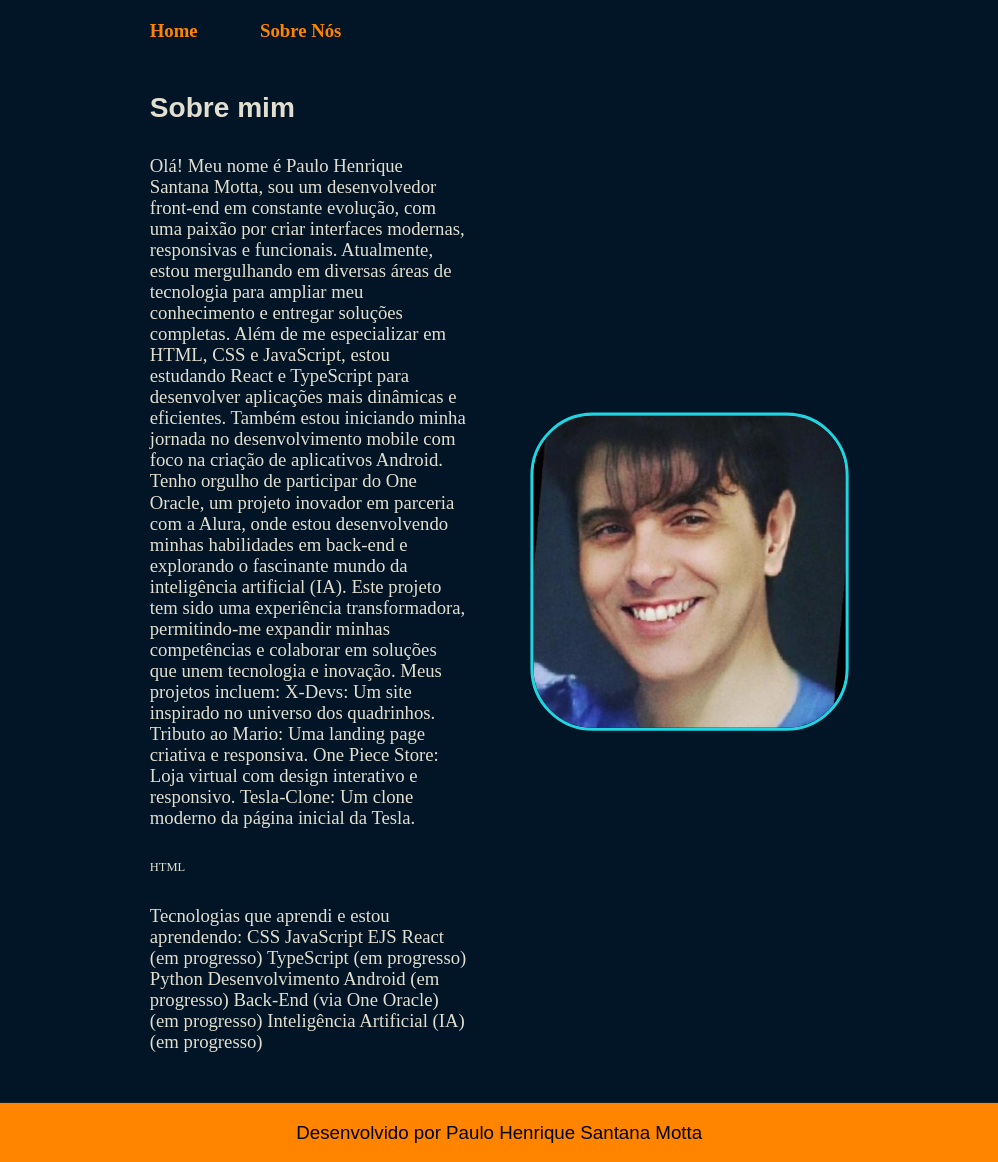
Repository: phsmottanerd/projeto-portfolio-alura
Page: about.html
These files come from the project's save history. The page is drawn as it stood at one moment and after the next save; the edit follows.
The browser window is 1280 px wide. The pictures show the whole page, at 78% of full size.
Some web fonts or font styles are not loaded; a fallback is used.

Above is the page before, as saved 2025-01-30 02:20:01.

After the next save:
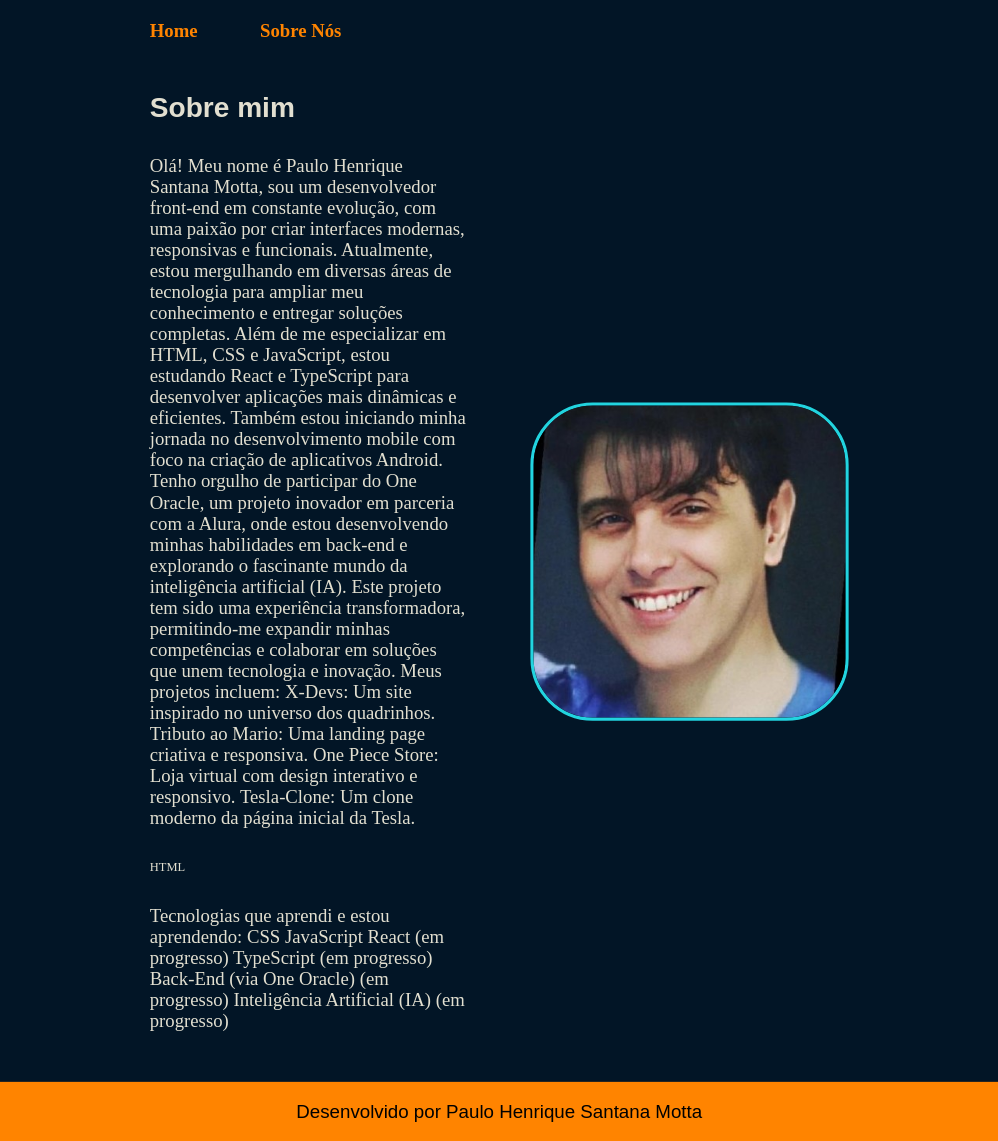
Saved 3 min 40 s later.
--- a/about.html
+++ b/about.html
@@ -34,11 +34,8 @@
     <p class="apresentacao__conteudo__texto">Tecnologias que aprendi e estou aprendendo:
     CSS
     JavaScript
-    EJS
     React (em progresso)
     TypeScript (em progresso)
-    Python
-    Desenvolvimento Android (em progresso)
     Back-End (via One Oracle) (em progresso)
     Inteligência Artificial (IA) (em progresso)</p>
 </section>
